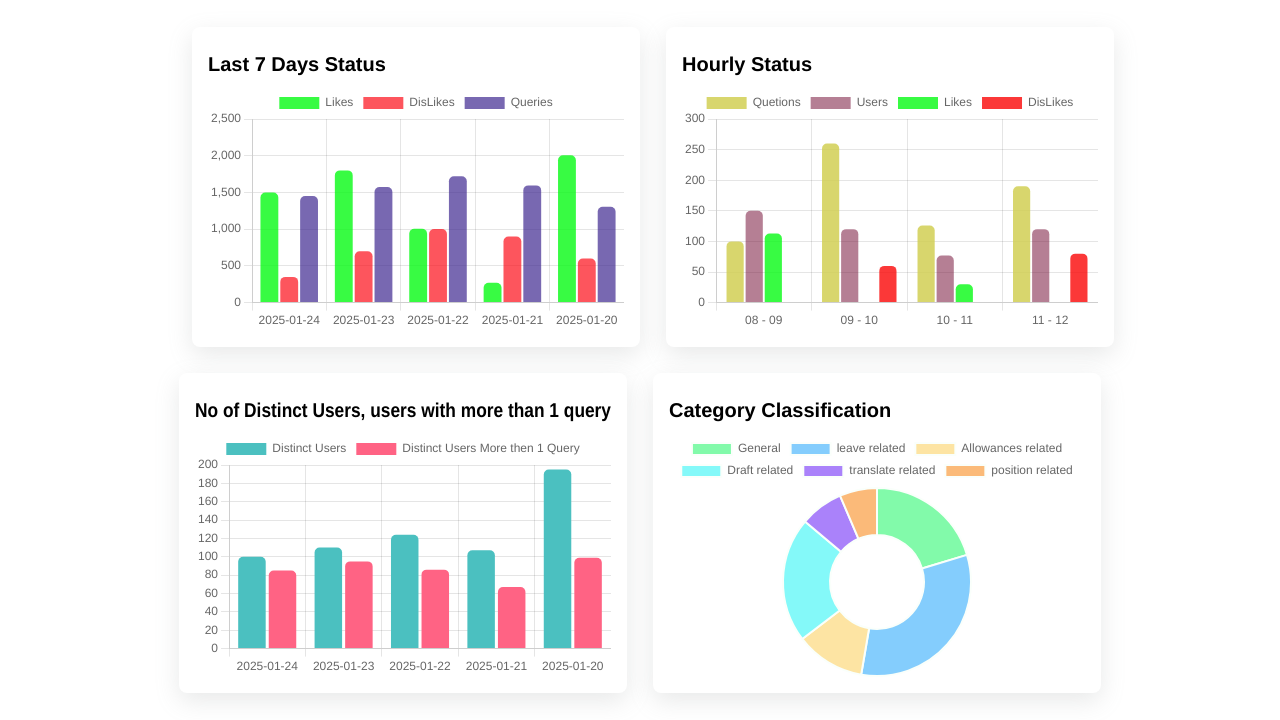
Repository: NAGARAJ-DEVELOPER/Dashboard
Page: /
These files come from the project's save history. The page is drawn as it stood at one moment and after the next save; the edit follows.
The browser window is 1280 px wide. The pictures show the whole page.
The project was rebuilt for these pictures with package versions that can differ from the ones it lists, and the page was loaded fresh each time. Also part of the build but not shown: vite.config.js.

Above is the page before, as saved 2025-02-12 00:14:57.

### src/App.jsx
import React from "react";
import { Chart as ChartJS, defaults } from "chart.js/auto";
import { Bar, Doughnut, Line, Pie } from "react-chartjs-2";

import "./App.css";


import sourceData from "./data/sourceData.json";
import Week from "./data/7days.json";
import toady from "./data/Today.json";
import user from "./data/Users.json";
import category from "./data/Category.json";

defaults.maintainAspectRatio = false;
defaults.responsive = true;

defaults.plugins.title.display = true;
defaults.plugins.title.align = "start";
defaults.plugins.title.font.size = 20;
defaults.plugins.title.color = "black";

export const App = () => {


  return (

    <div className="App">
     <br/>
    <br/>
    <br/>
    <br/>
    <br/>
        <div className="dataCard categoryCard">
        <Bar
          data={{
            labels: Week.map((data) => data.DATE1),
            datasets: [
              {
                label: "Likes",
                data: Week.map((data) => data.number_of_likes),
                backgroundColor: [
             "rgba(7, 250, 20, 0.8)",
                ],
                borderRadius: 5,
              },
              {
                label: "DisLikes",
                data: Week.map((data) => data.number_of_dislikes),
                backgroundColor: [

                  "rgba(252, 13, 25, 0.7)",

                ],
                borderRadius: 5,
              },
              {
                label: "Queries",
                data: Week.map((data) => data.number_of_ques),
                backgroundColor: [
                  "rgba(63, 40, 145, 0.7)",
                ],
                borderRadius: 5,
              },
            ],
          }}
          options={{
            plugins: {
              title: {
                text: "Last 7 Days Status",
              },
            },
          }}
        />
      </div>


      <div className="dataCard categoryCard">
        <Bar
          data={{
            labels: toady.map((data) => data.B_TIME),
            datasets: [
              {
                label: "Quetions",
                data: toady.map((data) => data.C_Questions),
                backgroundColor: [
                  "rgba(209, 207, 82, 0.84)",
                ],
                borderRadius: 5,
              },
              {
                label: "Users",
                data: toady.map((data) => data.D_Users),
                backgroundColor: [

                  "rgba(116, 14, 53, 0.53)",

                ],
                borderRadius: 5,
              },
              {
                label: "Likes",
                data: toady.map((data) => data.F_Likes),
                backgroundColor: [
                  "rgba(7, 250, 20, 0.8)",
                ],
                borderRadius: 5,
              },
              {
                label: "DisLikes",
                data: toady.map((data) => data.Dis_Likes),
                backgroundColor: [
                  "rgba(250, 7, 7, 0.8)",
                ],
                borderRadius: 5,
              },
            ],
          }}
          options={{
            plugins: {
              title: {
                text: "Hourly Status",
              },
            },
          }}
        />
      </div>
      <div className="dataCard categoryCard">
        <Bar
          data={{
            labels: user.map((data) => data.DATE1),
            datasets: [
              {
                label: "Distinct Users",
                data: user.map((data) => data.number_of_distinct_users),
                backgroundColor: 'rgb(75, 192, 192)',
                borderRadius: 5,
              },
              {
                label: "Distinct Users More then 1 Query",
                data: user.map((data) => data.Distinct_Users_more_1query),
                backgroundColor: 'rgb(255, 99, 132)',
                borderRadius: 5,
              },
            ],
          }}
          options={{
            plugins: {
              title: {
                text: "No of Distinct Users, users with more than 1 query",
              },
            },
          }}
        />
      </div>


      <div className="dataCard categoryCard">
        <Doughnut
          data={{
            labels: category.map((data) => data.category),
            datasets: [
              {
                label: "Count",
                data: category.map((data) => data.COUNT_CAT),
                backgroundColor: [
                  'rgba(7, 245, 86, 0.5)',
        'rgba(10, 155, 252, 0.5)',
        'rgba(252, 201, 72, 0.5)',
        'rgba(10, 243, 243, 0.5)',
        'rgba(86, 6, 245, 0.5)',
        'rgba(247, 129, 11, 0.55)',
                ],
                borderColor: [
                  'rgb(250, 255, 251)',
                  'rgb(250, 255, 251)',
                  'rgb(250, 255, 251)',
                  'rgb(250, 255, 251)',
                  'rgb(250, 255, 251)',
                  'rgb(250, 255, 251)',
                ],animation :Doughnut,
              },
            ],
          }}
          options={{
            plugins: {
              title: {
                text: "Category Classification",
              },
            },
          }}
        />
      </div>
    </div>
  );
};

### src/App.css
.App {
  height: 100vh;
  width: 100%;
  display: flex;
  flex-direction: row;
  align-items: center;
  justify-content: center;
  align-content: center;
  gap: 2vw;
  flex-wrap: wrap;
  background-color: #ffffff;
  overflow: auto;
}

.dataCard {
  background-color: #ffffff;
  border-radius: 0.5em;
  box-shadow: rgba(142, 143, 145, 0.2) 0px 8px 24px;
  padding: 1em;
}

.revenueCard {
  width: 92%;
  height: 20rem;
}

.customerCard {
  width: 50%;
  height: 20rem;
}

.categoryCard {
  width: 35%;
  height: 20rem;
}

### src/data/sourceData.json
[
  {
    "label": "Queries",
    "value": 327787
  },
  {
    "label": "Likes",
    "value": 45877
  },
  {
    "label": "Dislikes",
    "value": 238787
  }
]

### src/data/7days.json
[
    {  "DATE1": "2025-01-24", "number_of_dislikes": 350, "number_of_likes": 1500,  "number_of_ques": 1452 },
    {  "DATE1": "2025-01-23", "number_of_dislikes": 700, "number_of_likes": 1800,  "number_of_ques": 1574 },
    {  "DATE1": "2025-01-22", "number_of_dislikes": 1003, "number_of_likes": 1005,  "number_of_ques": 1720 },
    {  "DATE1": "2025-01-21", "number_of_dislikes": 900, "number_of_likes": 270,  "number_of_ques": 1596 },
    {  "DATE1": "2025-01-20", "number_of_dislikes": 600, "number_of_likes": 2005,  "number_of_ques": 1304 }
  ]

### src/data/Today.json
[
  { "A_DATE": "2025-01-27", "B_TIME": "08 - 09", "C_Questions": 100, "D_Users": 150 ,"F_Likes": 113},
  { "A_DATE": "2025-01-27",  "B_TIME": "09 - 10", "C_Questions": 260, "D_Users": 120,"Dis_Likes":60},
  { "A_DATE": "2025-01-27", "B_TIME": "10 - 11", "C_Questions": 126, "D_Users": 77, "F_Likes": 30 },
  { "A_DATE": "2025-01-27", "B_TIME": "11 - 12", "C_Questions": 190, "D_Users": 120,"Dis_Likes":80 }
]

### src/data/Users.json
[
  {  "DATE1": "2025-01-24", "number_of_distinct_users": 100, "Distinct_Users_more_1query": 85 },
  {  "DATE1": "2025-01-23", "number_of_distinct_users": 110, "Distinct_Users_more_1query": 95 },
  {  "DATE1": "2025-01-22", "number_of_distinct_users": 124, "Distinct_Users_more_1query": 86  },
  {  "DATE1": "2025-01-21", "number_of_distinct_users": 107, "Distinct_Users_more_1query": 67  },
  {  "DATE1": "2025-01-20", "number_of_distinct_users": 195, "Distinct_Users_more_1query": 99  }
]

### src/data/Category.json
[
  { "category": "General", "COUNT_CAT": 2434 },
  { "category": "leave related", "COUNT_CAT": 3870 },
  { "category": "Allowances related", "COUNT_CAT": 1430 },
  { "category": "Draft related", "COUNT_CAT": 2569 },
  { "category": "translate related", "COUNT_CAT": 891 },
  { "category": "position related", "COUNT_CAT": 770 }
]

Loaded but not shown: index.html (common file); src/main.jsx (common file); src/index.css (common file)

After the next save:
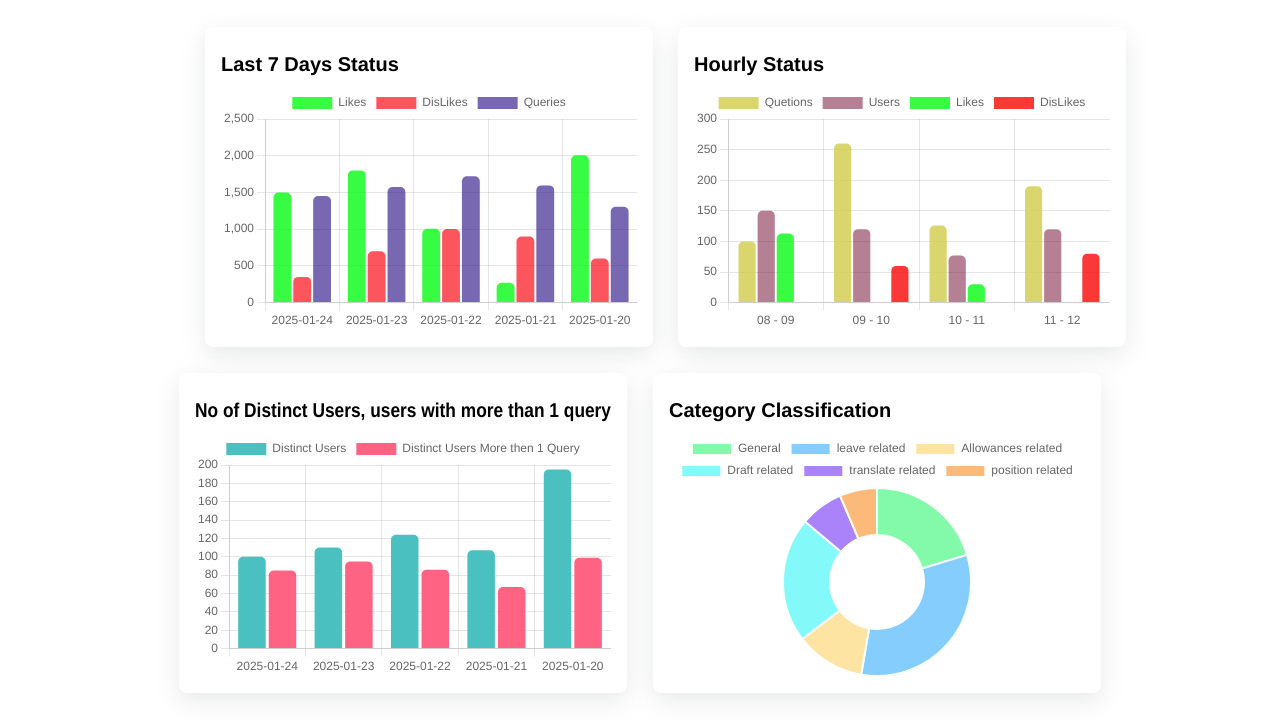
Saved 27 s later.
--- a/src/App.jsx
+++ b/src/App.jsx
@@ -25,11 +25,8 @@ export const App = () => {
   return (
 
     <div className="App">
-     <br/>
-    <br/>
-    <br/>
-    <br/>
-    <br/>
+    <div></div>
+    <div></div>
         <div className="dataCard categoryCard">
         <Bar
           data={{
